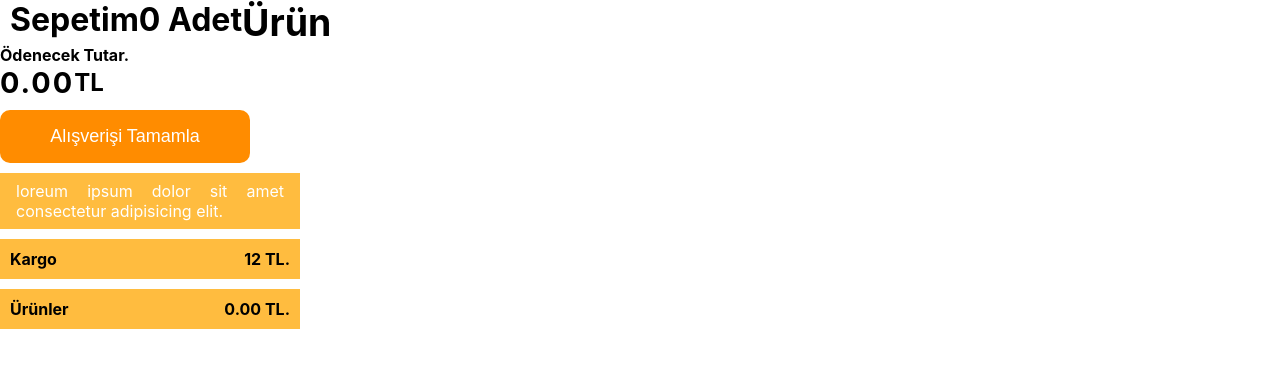
Repository: sevilgenysf/serverapiecommerce
Page: /
These files come from the project's save history. The page is drawn as it stood at one moment and after the next save; the edit follows.
The browser window is 1280 px wide. The pictures show the whole page.
The page's requests for data from a server got no answer. The project was rebuilt for these pictures with package versions that can differ from the ones it lists, and the page was loaded fresh each time. No one was signed in, and anything a server would have sent is missing. Also part of the build but not shown: src/item.css, src/item.js.

Above is the page before, as saved 2022-02-09 12:31:15.

### src/App.js
import React, { useEffect, useState } from 'react';
import './App.css';
import CardItem from './item';
import Total from './total';

function App() {
	const [card, setcard] = useState([]);
	let amount = 0;
	let itemcount = 0;
	useEffect(async () => {
		let data = await fetch('https://fakestoreapi.com/products?limit=6');
		let result = await data.json();
		setcard(result);
	}, []);

	return (
		<div className="App">
			<h1 className="myCard">
				Sepetim <p>{card.length} Adet</p>
				<h3>Ürün</h3>
			</h1>
			<div>
				{card.map((item) => (
					<CardItem
						key={item.id}
						itemid={item.id}
						image={item.image}
						title={item.title}
						category={item.category}
						price={item.price}
					/>
				))}
			</div>
			{
				(card.forEach((item) => (amount += item.price)),
				(<Total totalprice={amount.toFixed(2)} />))
			}
		</div>
	);
}

export default App;

### src/App.css
* {
	margin: 0;
	padding: 0;
	box-sizing: border-box;
}

.myCard {
	display: flex;
	margin-left: 10px;
}

### src/total.js
import React from 'react';
import './total.css';

const Total = ({ totalprice }) => {
	return (
		<div className="checkout">
			<h1>Ödenecek Tutar.</h1>
			<div className="money">
				<h4>{totalprice}</h4>
				<p>TL</p>
			</div>
			<button>Alışverişi Tamamla</button>
			<p className="description">
				loreum ipsum dolor sit amet consectetur adipisicing elit.
			</p>
			<div className="cargo">
				<div className="cargoAmount">
					<p>Kargo</p>
					<p className="freeshipping">Bedava</p>
					<p className="cargoAmountTl">12 TL.</p>
				</div>
			</div>
			<div className="orderTotal">
				<p>Ürünler</p>
				<p className="orderAmount">{totalprice} TL.</p>
			</div>
		</div>
	);
};

export default Total;

### src/total.css
.checkout {
	position: sticky;
	top: 30px;
	width: 300px;
	height: 70vh;
	border-radius: 1px solid rgba(0, 0, 0, 0.2);
}

.checkout h1 {
	font-size: 1rem;
}

.checkout h4 {
	display: flex;
	letter-spacing: 2px;
	font-size: 1.8rem;
}

.checkout button {
	width: 250px;
	padding: 1rem 1rem;
	margin-top: 10px;
	background-color: darkorange;
	border: none;
	color: white;
	font-size: large;
	border-radius: 10px;
	cursor: pointer;
	transition: 0.3s ease;
}

.checkout button:hover {
	background-color: rgb(230, 132, 12);
}

.description {
	margin-top: 10px;
	background: rgba(255, 166, 0, 0.753);
	padding: 0.5rem 1rem;
	color: white;
	text-align: justify;
}

.cargoAmount,
.orderTotal {
	padding: 10px;
	display: flex;
	justify-content: space-between;
	margin-top: 10px;
	align-items: center;
	font-weight: bold;
	background-color: rgba(255, 166, 0, 0.753);
}

.money {
	display: flex;
	align-items: center;
}

.money p {
	font-size: 1.5rem;
	font-weight: bold;
}

.freeshipping {
	font-weight: bold;
	color: seagreen;
	font-size: 1rem;
	display: none;
}

.cargoPriceDelete {
	text-decoration: line-through;
}

.visible {
	display: block;
	text-decoration: none;
}

Loaded but not shown: public/index.html (common file); src/index.js (common file); src/index.css (common file); src/reportWebVitals.js (common file)

After the next save:
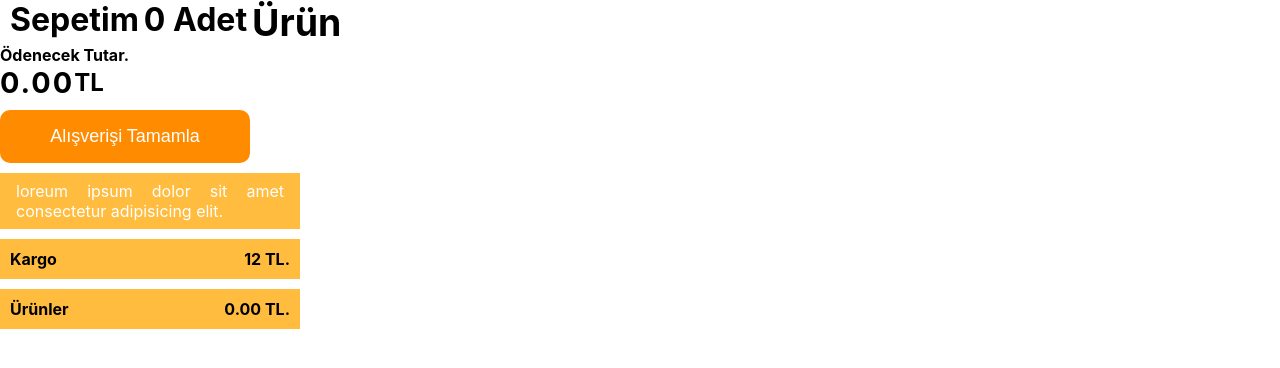
Saved 42 s later.
--- a/src/App.css
+++ b/src/App.css
@@ -8,3 +8,8 @@
 	display: flex;
 	margin-left: 10px;
 }
+
+.myCard p{
+	margin-right: 5px;
+	margin-left: 5px;
+}
